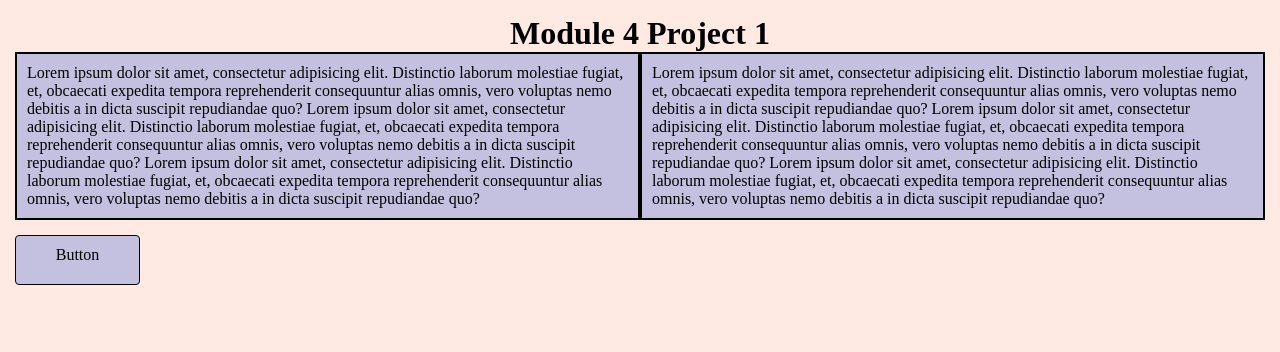
Repository: mlmEFSC21/P6-External-Style-Sheet
Page: index.html
The author's editor kept a copy of each file at every save. The page is drawn from the files as they stood at one save, then again after the next save.
The browser window is 1280 px wide. The pictures show the whole page.

Above is the page before, as saved 2022-02-09 21:02:45.

After the next save:
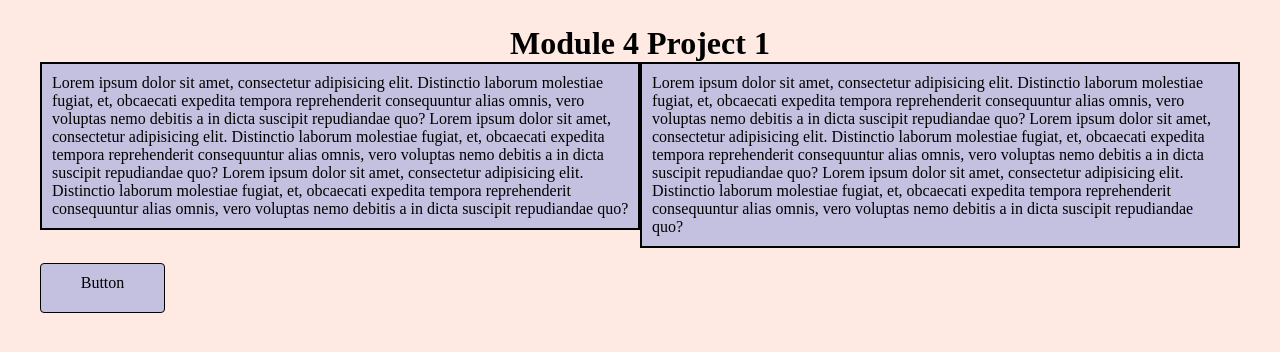
Saved 17 s later.
--- a/Styles.css
+++ b/Styles.css
@@ -17,7 +17,7 @@ header {
 body {
     background-color: var(--clr-background);
     color: black;
-
+    margin: 10px 25px;
     padding: 15px;
 }
 p {
@@ -26,6 +26,7 @@ p {
     background-color: var(--clr-buttonBG);
 }
 .p1 {
+    padding-right: 2px;
     border: 2.5px solid black;
     float: left;
     width: 50%;
